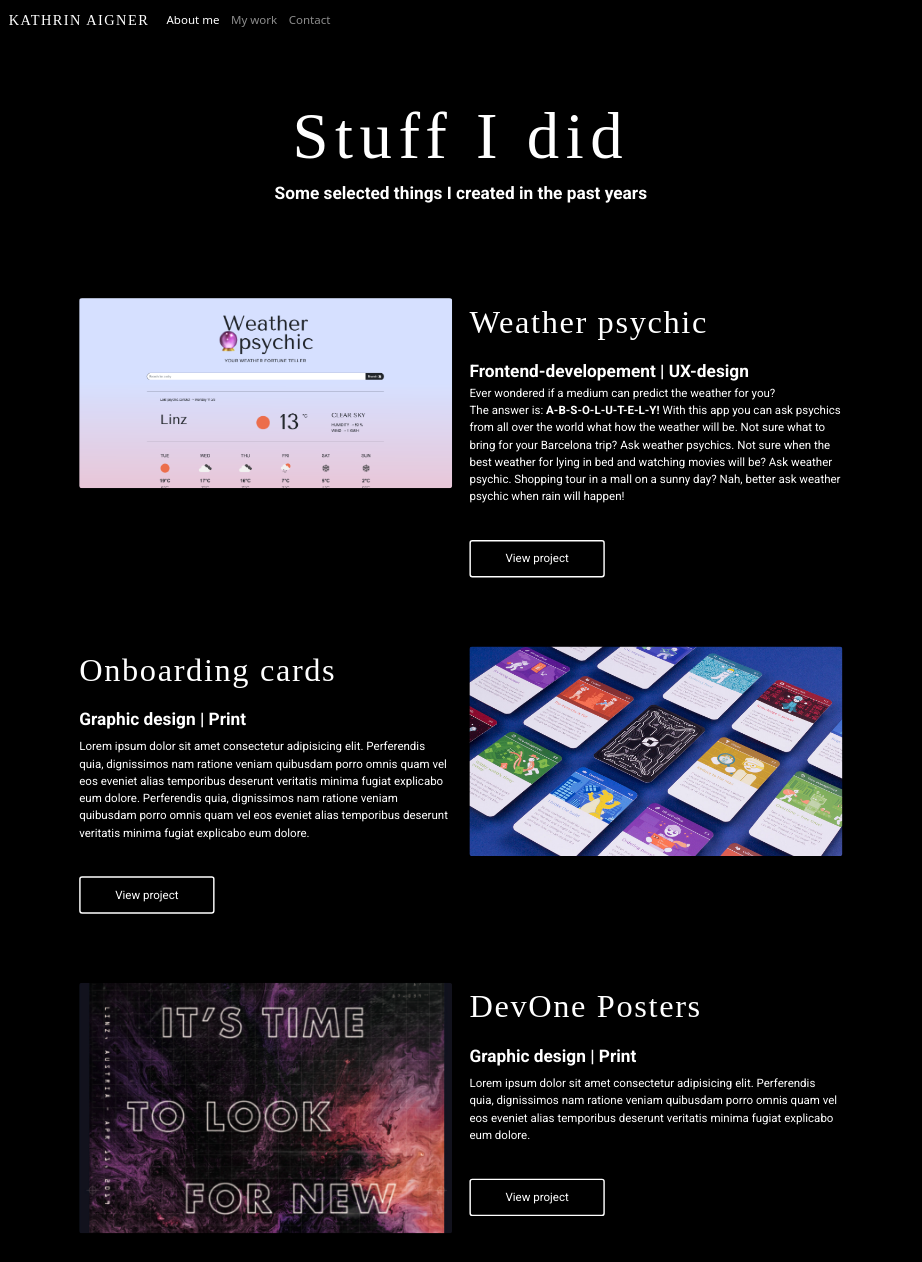
Repository: kathrin-aigner/Portfolio-2022
Page: work.html
An editor plug-in stored every save of this project. The page is shown before and after the next save, followed by the edit.
The browser window is 1280 px wide. The pictures show the whole page, at 72% of full size.
Some web fonts or font styles are not loaded; a fallback is used. Some web libraries are served in a nearby version.

Above is the page before, as saved 2022-03-28 14:28:16.

### work.html
<!DOCTYPE html>
<html lang="en">
  <head>
    <meta charset="UTF-8" />
    <meta http-equiv="X-UA-Compatible" content="IE=edge" />
    <meta name="viewport" content="width=device-width, initial-scale=1.0" />
    <link
      href="https://cdn.jsdelivr.net/npm/bootstrap@5.1.3/dist/css/bootstrap.min.css"
      rel="stylesheet"
      integrity="sha384-1BmE4kWBq78iYhFldvKuhfTAU6auU8tT94WrHftjDbrCEXSU1oBoqyl2QvZ6jIW3"
      crossorigin="anonymous"
    />
    <script
      src="https://cdn.jsdelivr.net/npm/bootstrap@5.1.3/dist/js/bootstrap.bundle.min.js"
      integrity="sha384-ka7Sk0Gln4gmtz2MlQnikT1wXgYsOg+OMhuP+IlRH9sENBO0LRn5q+8nbTov4+1p"
      crossorigin="anonymous"
    ></script>
    <link rel="preconnect" href="https://fonts.googleapis.com" />
    <link rel="preconnect" href="https://fonts.gstatic.com" crossorigin />
    <link
      href="https://fonts.googleapis.com/css2?family=Dela+Gothic+One&family=Roboto:wght@400;500;700&display=swap"
      rel="stylesheet"
    />
    <script
      src="https://kit.fontawesome.com/9a62a34935.js"
      crossorigin="anonymous"
    ></script>

    <link rel="stylesheet" href="/css/styles.css" />
    <title>Welcome to my portfolio – Kathrin Aigner</title>
  </head>
  <body>
    <nav class="navbar navbar-expand-lg navbar-dark text-end">
      <div class="container-fluid">
        <a class="navbar-brand text-uppercase" href="/index.html">Kathrin Aigner</a>
        <button
          class="navbar-toggler"
          type="button"
          data-bs-toggle="collapse"
          data-bs-target="#navbarSupportedContent"
          aria-controls="navbarSupportedContent"
          aria-expanded="false"
          aria-label="Toggle navigation"
        >
          <span class="navbar-toggler-icon"></span>
        </button>
        <div class="collapse navbar-collapse" id="navbarSupportedContent">
          <ul class="navbar-nav me-auto mb-2 mb-lg-0">
            <li class="nav-item">
              <a
                class="nav-link active"
                aria-current="page"
                href="/about.html"
                title="more information about me"
                >About me</a
              >
            </li>
            <li class="nav-item">
              <a class="nav-link" href="/work.html" title="View my work here"
                >My work</a
              >
            </li>
            <li class="nav-item">
              <a class="nav-link" href="/contact.html" title="how to contact me"
                >Contact</a
              >
            </li>
          </ul>
        </div>
      </div>
    </nav>
    <div class="container mb-5">
      <div class="header-page text-center mb-3 mt-5">
  Stuff I did
      </div>
      <div class="introduction text-center">
        Some selected things I created in the past years
      </div>
    </div>
    <div class="container">

      <div class="row">
        <div class="col-md-6 mb-5">
          <img
            src="/images/wheater psychic.png"
            class="img-fluid rounded"
            alt="picture showing a preview of the weather homepage"
          />
        </div>
        <div class="col-md-6 mb-5">
          <div class="project-header mb-3">Weather psychic</div>
          <div class="introduction"> Frontend-developement | UX-design</div>
          <p class="page-section">
            Ever wondered if a medium can predict the weather for you? </br>The
            answer is: <strong>A-B-S-O-L-U-T-E-L-Y!</strong> With this app you
            can ask psychics from all over the world what how the weather will be.
            Not sure what to bring for your Barcelona trip? Ask weather psychics.
            Not sure when the best weather for lying in bed and watching movies
            will be? Ask weather psychic. Shopping tour in a mall on a sunny
            day? Nah, better ask weather psychic when rain will happen!
          </p>
          <div class="mt-5">
            <div class="btn btn-primary"> View project</div>
          </div>
        </div>
      </div>
      <div class="row mt-5">
        <div class="col-sm-6">
          <div class="project-header mb-3">Onboarding cards</div>
          <div class="introduction mb-2"> Graphic design | Print </div>
          <p class="page-section text-right">
            Lorem ipsum dolor sit amet consectetur adipisicing elit. Perferendis
            quia, dignissimos nam ratione veniam quibusdam porro omnis quam vel
            eos eveniet alias temporibus deserunt veritatis minima fugiat
            explicabo eum dolore. Perferendis
            quia, dignissimos nam ratione veniam quibusdam porro omnis quam vel
            eos eveniet alias temporibus deserunt veritatis minima fugiat
            explicabo eum dolore.
          </p>
          <div class="mb-5 mt-5">
           <div class="btn btn-primary"> View project</div>
          </div>
        </div>
        <div class="col-sm-6">
          <img
            src="/images/onboarding-cards.jpg"
            class="img-fluid rounded"
            alt="picture showing card game"
          />
        </div>
      </div>
      <div class="row mt-5">
        <div class="col-sm-6">
          <img
            src="/images/devOne.png"
            class="img-fluid rounded"
            alt="picture showing a preview of the website about yoghurt"
          />
        </div>
        <div class="col-sm-6">
          <div class="project-header mb-3">DevOne Posters</div>
          <div class="introduction mb-2">
          Graphic design | Print
          </div>
          <p class="page-section">
            Lorem ipsum dolor sit amet consectetur adipisicing elit. Perferendis
            quia, dignissimos nam ratione veniam quibusdam porro omnis quam vel
            eos eveniet alias temporibus deserunt veritatis minima fugiat
            explicabo eum dolore.
          </p>
          <div class="mt-5">
            <div class="btn btn-primary"> View project</div>
          </div>
        </div>
      </div>
    </div>
    <footer>

    </footer>
  </body>
</html>

### css/styles.css
:root {
  --primary-color: white;
  --secondary-color: black;
  --heading-font-family: "Dela Gothic One", cursive;
  --default-font-family: "Roboto", sans-serif;
}

body {
  background-color: var(--secondary-color);
}
.container {
  padding: 40px;
}
.herosection {
  text-align: center;
  padding: 180px 0;
}
.header {
  line-height: 1em;
  font-family: var(--heading-font-family);
  font-size: 200px;
  color: var(--primary-color);
}
.subheader {
  font-size: 32px;
  font-weight: 700;
  color: var(--primary-color);
  font-family: var(--default-font-family);
}
.header-page {
  line-height: 1em;
  letter-spacing: 0.1em;
  font-size: 90px;
  color: var(--primary-color);
  font-family: var(--heading-font-family);
}
.project-header {
  font-size: 45px;
  color: var(--primary-color);
  font-family: var(--heading-font-family);
  letter-spacing: 0.05em;
}
.page-section {
  font-size: 16px;
  color: var(--primary-color);
  font-family: var(--default-font-family);
}

.introduction {
  font-weight: 600;
  font-size: 24px;

  color: var(--primary-color);
  font-family: var(--default-font-family);
}
.navbar-brand {
  font-family: var(--heading-font-family);

  letter-spacing: 0.1em;
}

.btn-primary {
  font-family: var(--default-font-family);
  border: 2px solid var(--primary-color);
  background: var(--secondary-color);
  padding: 12px 48px;
}

.btn btn-primary:hover {
  color: var(--secondary-color);
  font-family: var(--default-font-family);
  border: 2px solid var(--primary-color);
  background: var(--primary-color);
}

.project-preview {
  max-width: 500px;
}

a.email {
  text-decoration: none;
  color: var(--primary-color);
}

.email:hover {
  text-decoration: underline;
  color: var(--primary-color);
}

After the next save:
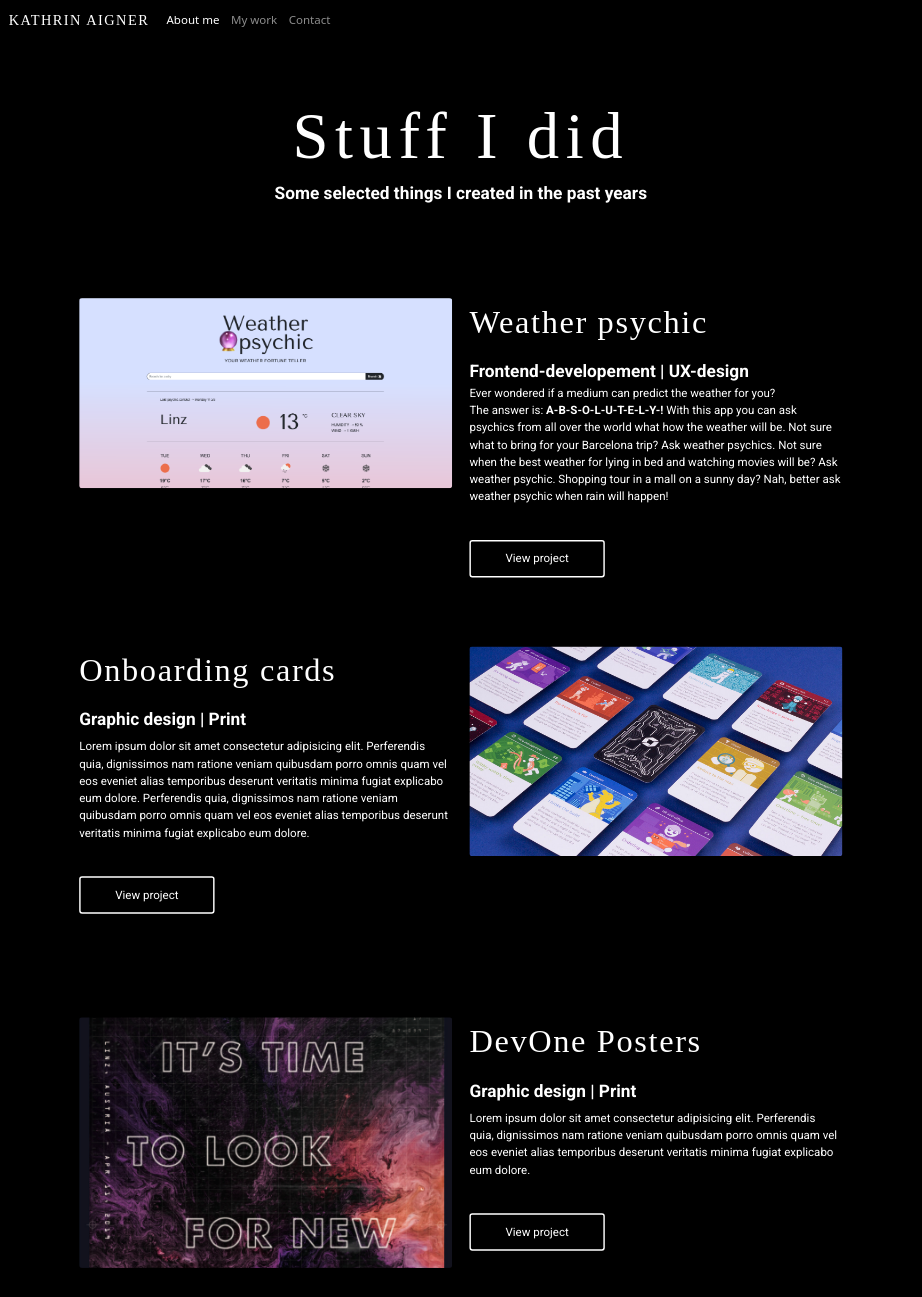
Saved 62 s later.
--- a/work.html
+++ b/work.html
@@ -92,7 +92,7 @@
           <div class="introduction"> Frontend-developement | UX-design</div>
           <p class="page-section">
             Ever wondered if a medium can predict the weather for you? </br>The
-            answer is: <strong>A-B-S-O-L-U-T-E-L-Y!</strong> With this app you
+            answer is: <strong>A-B-S-O-L-U-T-E-L-Y-!</strong> With this app you
             can ask psychics from all over the world what how the weather will be.
             Not sure what to bring for your Barcelona trip? Ask weather psychics.
             Not sure when the best weather for lying in bed and watching movies
@@ -105,7 +105,7 @@
         </div>
       </div>
       <div class="row mt-5">
-        <div class="col-sm-6">
+        <div class="col-md-6 mb-5">
           <div class="project-header mb-3">Onboarding cards</div>
           <div class="introduction mb-2"> Graphic design | Print </div>
           <p class="page-section text-right">
